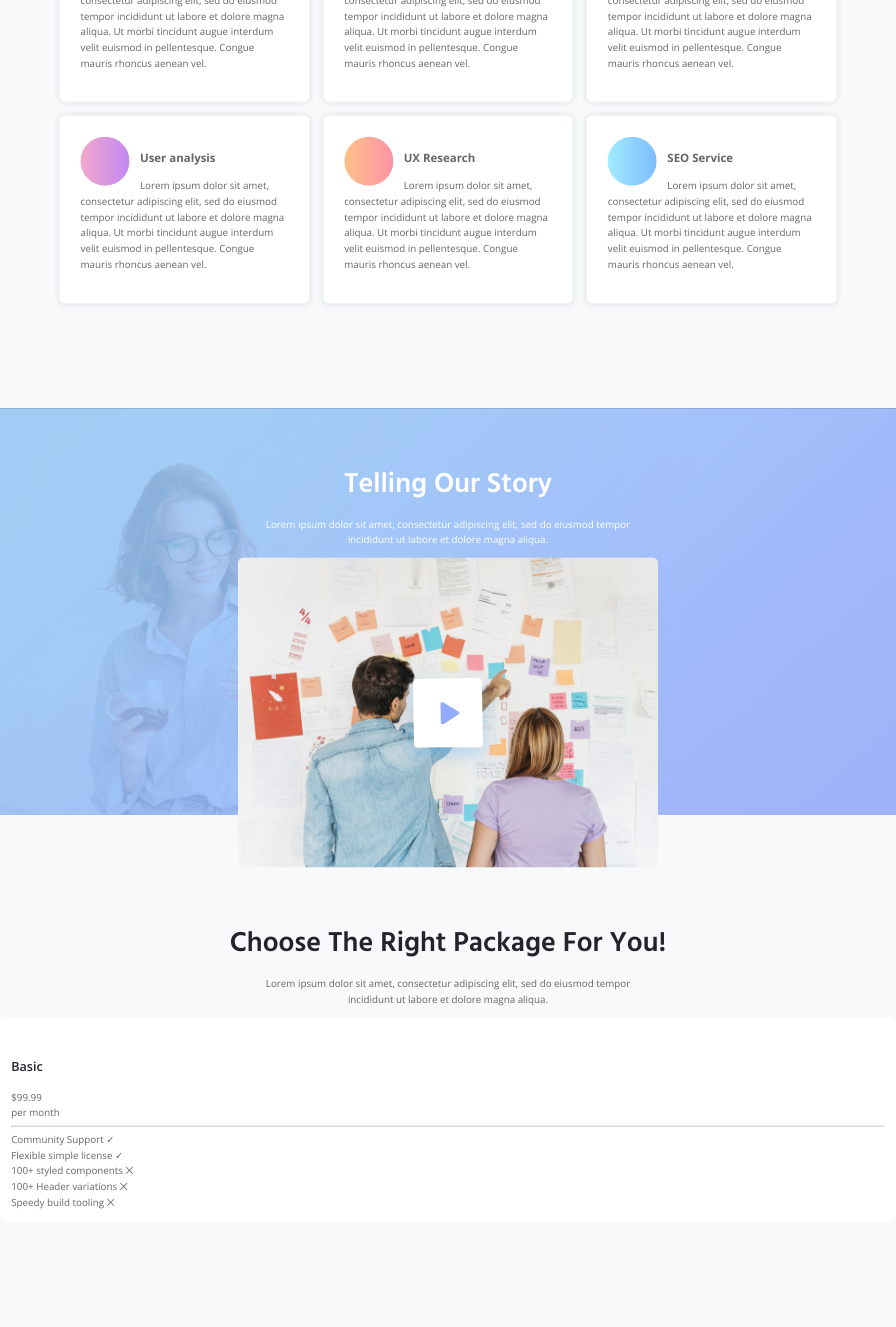
Repository: Sc-Juju/CodeRad
Page: index.html
These files come from the project's save history. The page is drawn as it stood at one moment and after the next save; the edit follows.
The browser window is 1280 px wide. The pictures show the part of the page from y = 1096 to 3016 px (the page is 2991 px tall before and 3016 px after), at 70% of full size.

Above is the page before, as saved 2022-11-10 22:41:43.

After the next save:
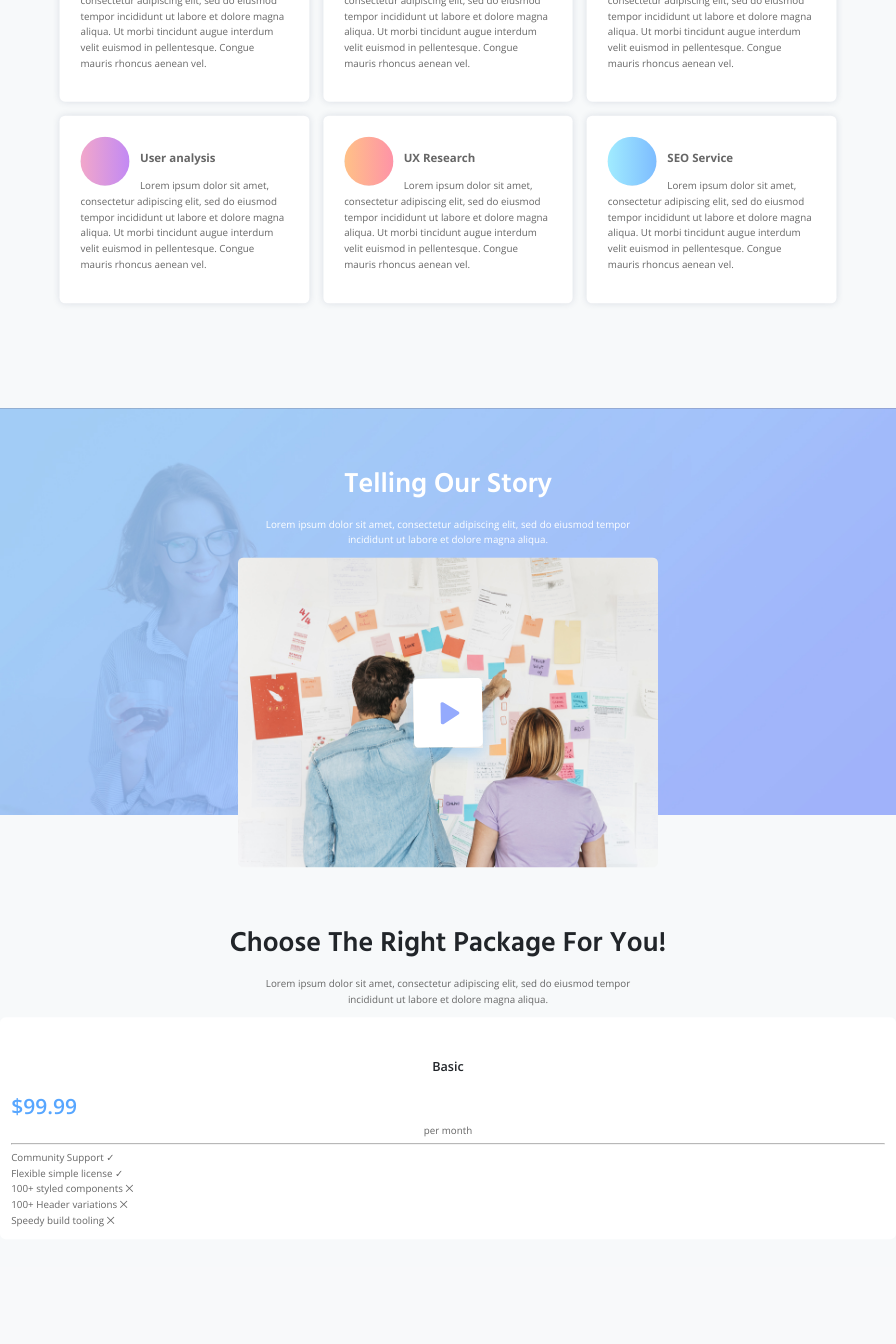
Saved 7 min 0 s later.
--- a/css/styles.css
+++ b/css/styles.css
@@ -163,3 +163,11 @@ span.bg-color-6 {background-image: linear-gradient(90deg, #a1ecff 0%, #7dbcff 10
     color: var(--font-color-dark);
     font-weight: 600;
 }
+.price{
+    color: var(--font-color-link);
+    font-size: var(--size-30);
+    font-weight: 600;
+}
+.price-card h3,
+.price-card .price,
+.price-card .billed{text-align: center;}
